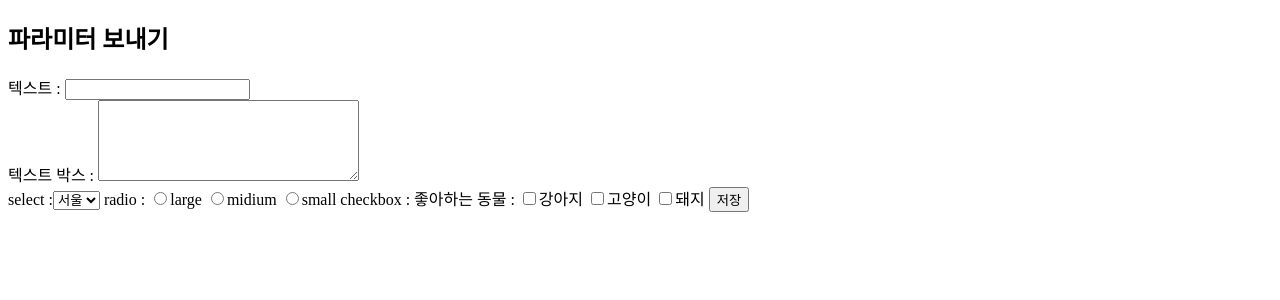
Repository: DrakeJU/eclipse-workspace
Page: Web/WebContent/01/Form.html
The author's editor kept a copy of each file at every save. The page is drawn from the files as they stood at one save, then again after the next save.
The browser window is 1280 px wide. The pictures show the whole page.

Above is the page before, as saved 2017-10-12 03:34:25.

After the next save:
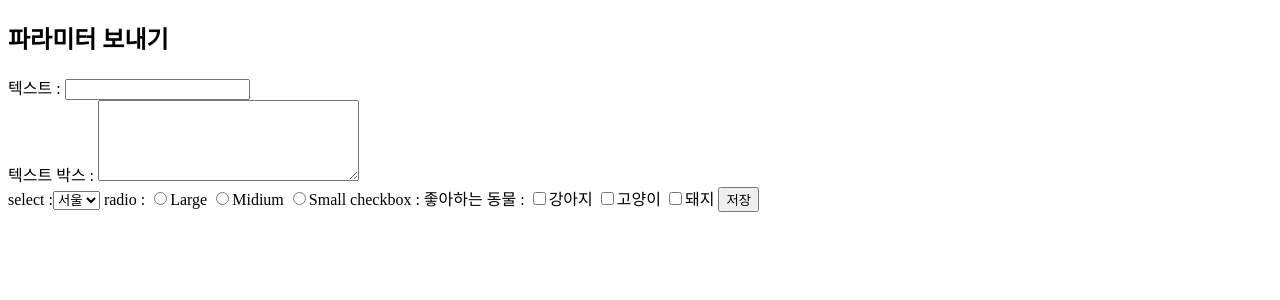
Saved 61 s later.
--- a/Web/WebContent/01/Form.html
+++ b/Web/WebContent/01/Form.html
@@ -14,9 +14,9 @@
 			<option value = "Paris">파리</option>
 			<option value = "LA">나성</option>
 			</select>
-	radio : <input type = "radio" name = "sradio" value = "large">large</input>
-			<input type = "radio" name = "sradio" value = "midium">midium</input>
-			<input type = "radio" name = "sradio" value = "small">small</input>
+	radio : <input type = "radio" name = "sradio" value = "large">Large</input>
+			<input type = "radio" name = "sradio" value = "midium">Midium</input>
+			<input type = "radio" name = "sradio" value = "small">Small</input>
 	checkbox : 좋아하는 동물 :
 			<input type = "checkbox" name = "pet" value = "dog">강아지
 			<input type = "checkbox" name = "pet" value = "cat">고양이
